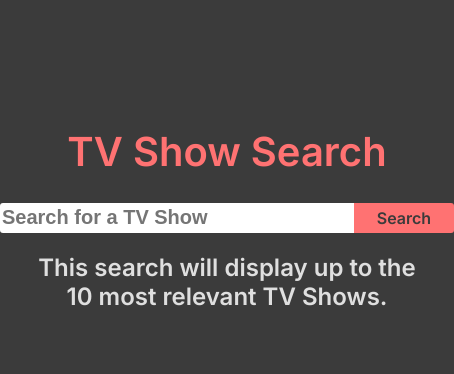
Repository: shayanabedi98/tv-search-react
Page: /
An editor plug-in stored every save of this project. The page is shown before and after the next save, followed by the edit.
The browser window is 375 px wide. The page is 454 px wide, then 404 px, so the pictures cover 454 px, including what lies to the right of the window. The pictures show the whole page.
The project was rebuilt for these pictures with package versions that can differ from the ones it lists, and the page was loaded fresh each time. Also part of the build but not shown: vite.config.js.

Above is the page before, as saved 2024-01-09 15:19:43.

After the next save:
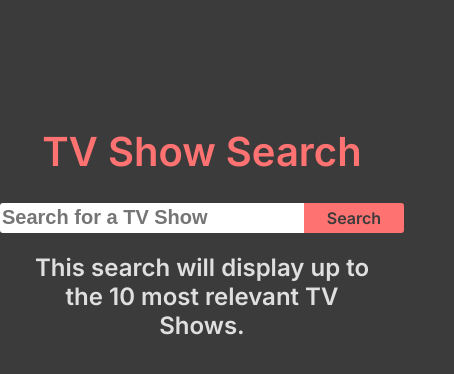
Saved 7 s later.
--- a/src/index.css
+++ b/src/index.css
@@ -114,7 +114,7 @@ body {
   .search input {
     border: none;
     height: 28px;
-    width: 350px;
+    width: 300px;
     font-size: 20px;
     outline: none;
     color: rgb(104, 104, 104);
